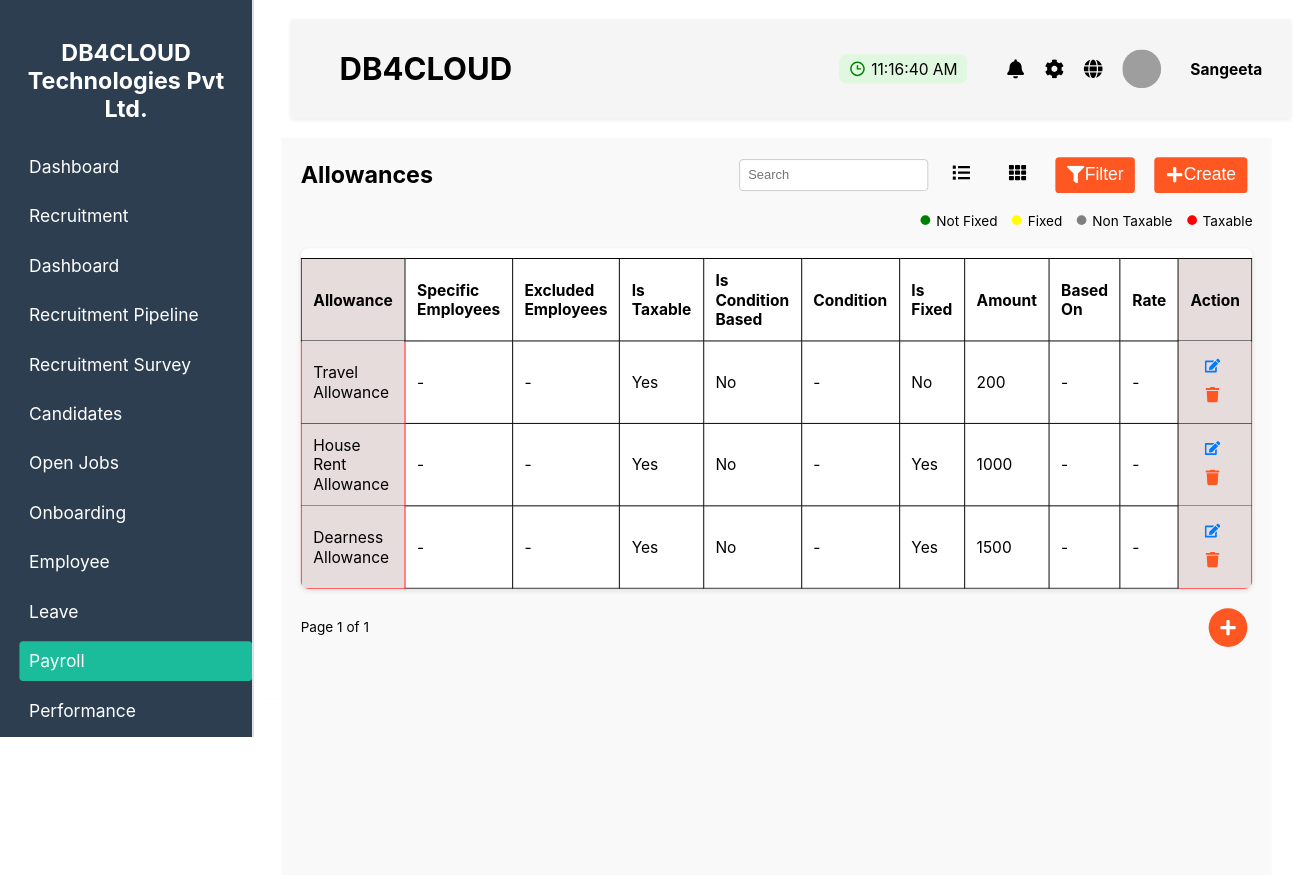
Repository: tinu-ns/Dev-code
Page: /payroll/allowances (app in HRMS-DEMO-Sang/hrms/), after clicking the first element matching `button.view-toggle`
An editor plug-in stored every save of this project. The page is shown before and after the next save, followed by the edit.
The browser window is 1280 px wide. The page is 1351 px wide, so the pictures cover 1351 px, including what lies to the right of the window. The pictures show the whole page, at 97% of full size.
Pictures or frames that could not be fetched are drawn as grey boxes. The project was rebuilt for these pictures with package versions that can differ from the ones it lists, and the page was loaded fresh each time. Also part of the build but not shown: HRMS-DEMO-Sang/hrms/src/components/Dashboard.js, HRMS-DEMO-Sang/hrms/src/components/Recruitment/RecruitmentDashboard.js, HRMS-DEMO-Sang/hrms/src/components/Recruitment/RecruitmentPipeline.js, HRMS-DEMO-Sang/hrms/src/components/Payroll/Contract.js, HRMS-DEMO-Sang/hrms/src/components/Payroll/Deductions.js, HRMS-DEMO-Sang/hrms/src/components/Payroll/Payslips.js, HRMS-DEMO-Sang/hrms/src/components/Payroll/PayrollDashboard.js, HRMS-DEMO-Sang/hrms/src/components/MainContent.css and 3 more.

Above is the page before, as saved 2024-11-06 17:28:37.

After the next save:
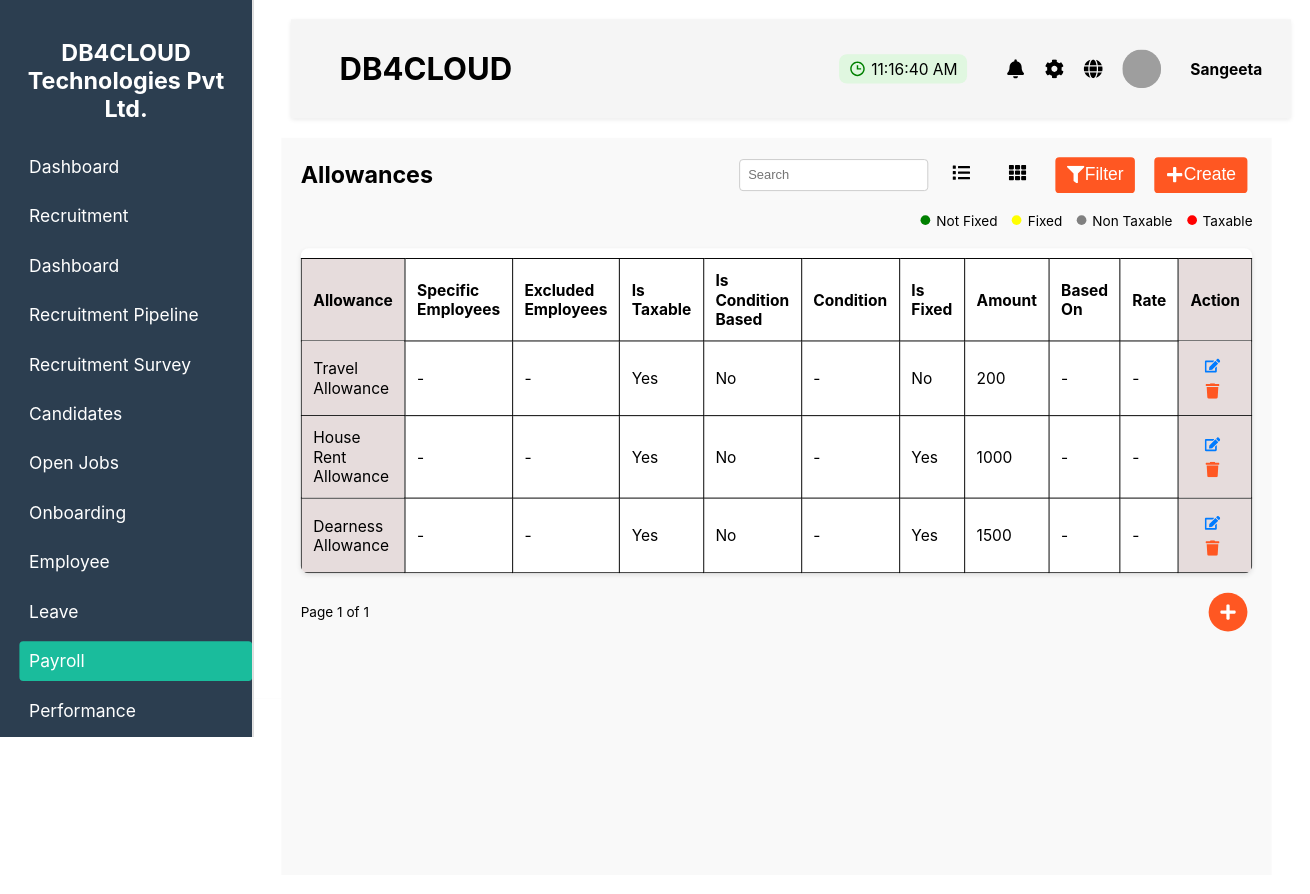
Saved 23 s later.
--- a/HRMS-DEMO-Sang/hrms/src/components/Payroll/Allowances.css
+++ b/HRMS-DEMO-Sang/hrms/src/components/Payroll/Allowances.css
@@ -159,7 +159,7 @@
 
   td.sticky-column {
     box-shadow: 2px 0 5px rgba(0, 0, 0, 0.1);
-    border: 1px solid red;
+
   }
 
   .edit-btn, .delete-btn {
@@ -168,6 +168,7 @@
     cursor: pointer;
     font-size: 16px;
     margin-right: 8px;
+    display: flex;
   }
 
   .edit-btn {
